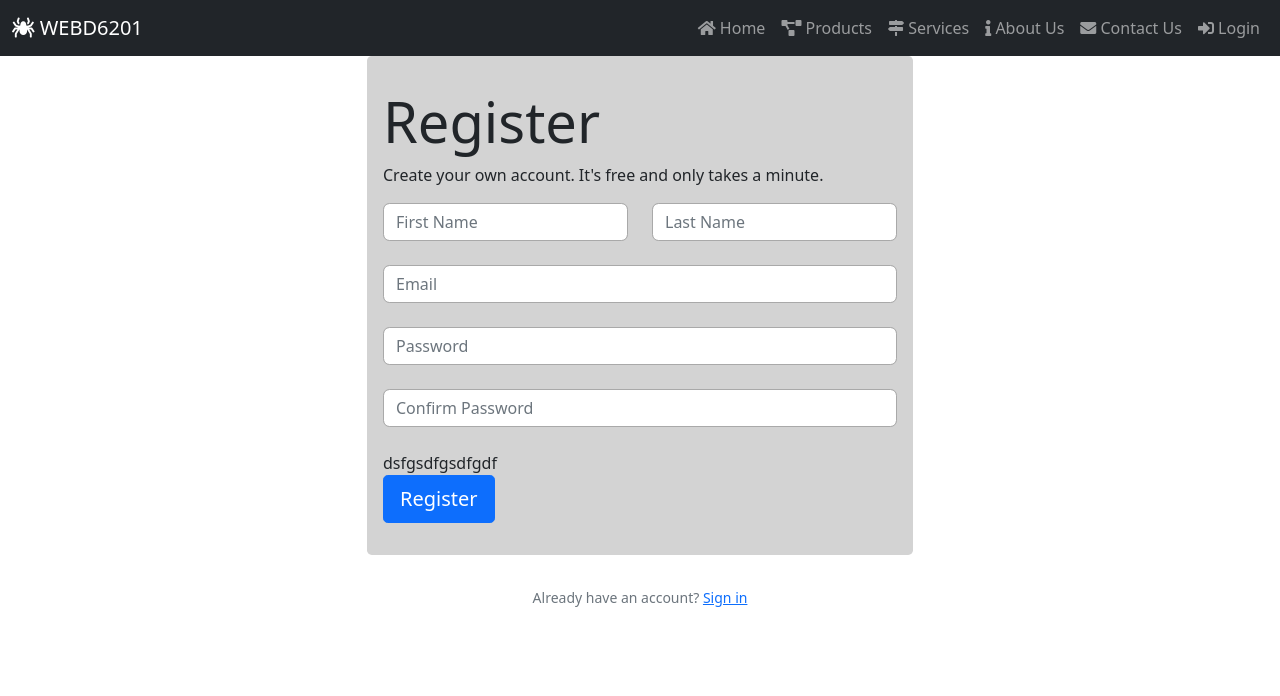
Repository: soumyann/soumyann11.github.io
Page: register.html
The author's editor kept a copy of each file at every save. The page is drawn from the files as they stood at one save, then again after the next save.
The browser window is 1280 px wide. The pictures show the whole page.

Above is the page before, as saved 2022-02-27 15:41:16.

After the next save:
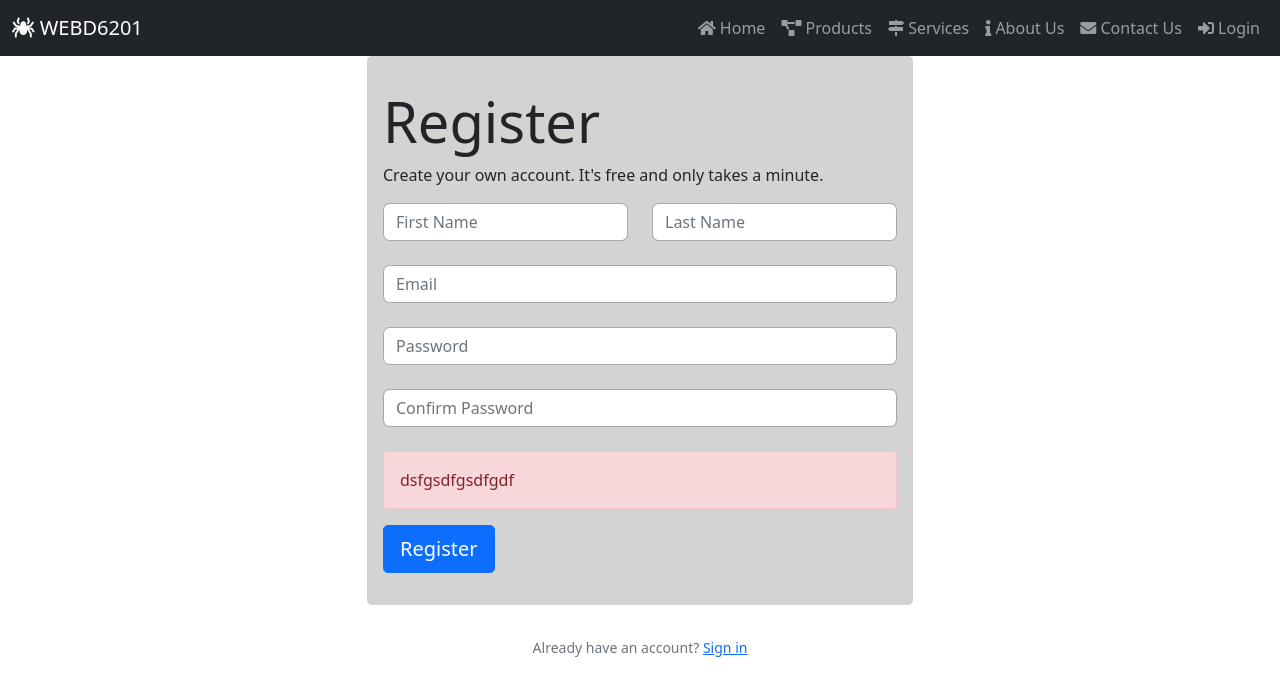
Saved 114 s later.
--- a/register.html
+++ b/register.html
@@ -68,7 +68,7 @@
 
             </div><br />
             <div class="text-right">
-              <div id="ErrorMessage">dsfgsdfgsdfgdf</div>
+              <div id="ErrorMessage" class="alert alert-danger" role="alert">dsfgsdfgsdfgdf</div>
             </div>
 
             <div class="text-right">
